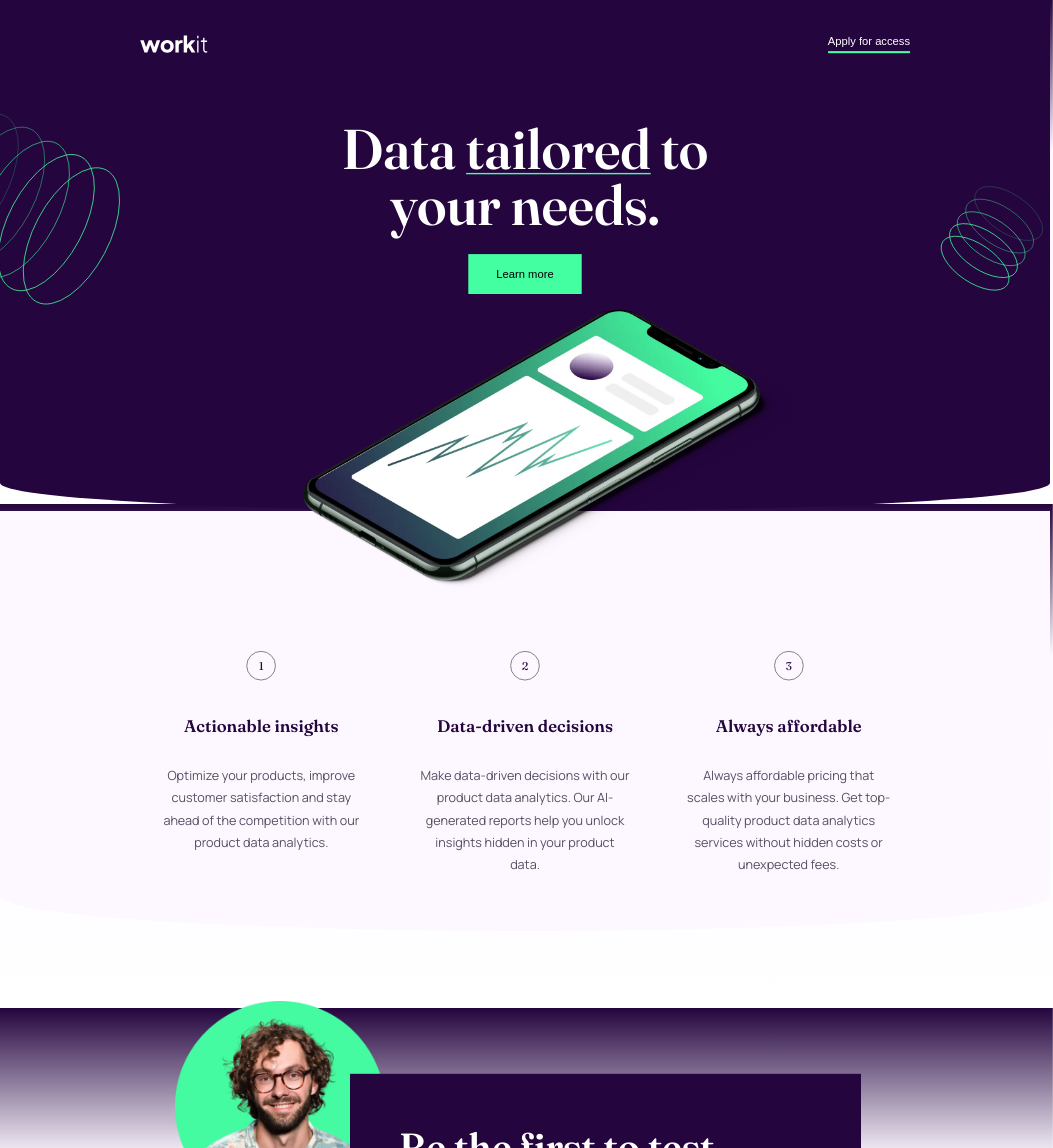
Repository: Arkitecth/landing_page
Page: starter-code/index.html
The author's editor kept a copy of each file at every save. The page is drawn from the files as they stood at one save, then again after the next save.
The browser window is 1280 px wide. The page is 1504 px wide, so the pictures cover 1504 px, including what lies to the right of the window. The pictures show the part of the page from y = 0 to 1640 px (the page is 2341 px tall), at 70% of full size.

Above is the page before, as saved 2023-05-19 18:46:44.

### starter-code/index.html
<!DOCTYPE html>
<html lang="en">
<head>
  <meta charset="UTF-8">
  <meta name="viewport" content="width=device-width, initial-scale=1.0">

  <link rel="icon" type="image/png" sizes="32x32" href="./assets/images/favicon-32x32.png">
  <link rel="stylesheet" href="styles.css">
  <title>Frontend Mentor | Workit landing page</title>
</head>
<body>
  <div class="overlay">
    <object class="bg-pattern-1" data="assets/images/bg-pattern-1.svg"></object>
    <object class="bg-pattern-2" data="assets/images/bg-pattern-2.svg"></object>
      <div class="container">
          <!-- Hero Section -->
        <header class="hero">
            <nav class="navbar">
                <object class="logo-light" data="assets/images/logo-light.svg"></object>
                <a class="secondary-default" href="#">Apply for access </a>
            </nav>
          <!-- Heading Section -->
          <section class="heading">
              <h1>Data <span class="underline">tailored</span> to <br> your needs.</h1>
              <a class="primary-default" href="#">Learn more</a>
              <object class="image-hero" data="assets/images/image-hero.webp" width="300" height="300"></object>
          </section>
        </header>
    </div>
    </div>


    <!-- Feature Section -->
    <main class="purple-overlay">
      <div class="grid-container container ">
        <div class="content">
          <p class="feature-num">1</p>

          <h2 class="feature-heading">Actionable insights </h2>

          <p class="feature-paragraph"> Optimize your products, improve customer satisfaction and stay ahead of the competition
          with our product data analytics. </p>

        </div>

        <div class="content">
          <p class="feature-num">2</p>

          <h2 class="feature-heading">Data-driven decisions</h2>

          <p class="feature-paragraph">Make data-driven decisions with our product data analytics. Our AI-generated reports help
            you unlock insights hidden in your product data.</p>
        </div>


        <div class="content">
          <p class="feature-num">3</p>

          <h2 class="feature-heading">Always affordable</h2>

          <p class="feature-paragraph">Always affordable pricing that scales with your business. Get top-quality product data
            analytics services without hidden costs or unexpected fees.</p>

        </div>
      </div>
    </main>



<!-- About Section -->

<div class="container spacing">
  <object class="image-founder" data="assets/images/image-founder.webp" width="300" height="300"></object>
    <div class="about">
      <div class="about-container">
        <h3> Be the first to test </h3>
        <p> Hi, I'm Louis Graham, the founder of the company. Book a demo call with me to become a
        beta tester for our app and kickstart your company. Apply for access below and I’ll be
        in touch to schedule a call. </p>

        <a class="primary-default" href="#"> Apply for access </a>

      </div>
      <object class="bg-pattern-3" data="assets/images/bg-pattern-3.svg"></object>

  </div>

</div>


<!-- Footeer -->
<footer>
  <object class="logo-dark" data="assets/images/logo-dark.svg"></object>
  <div class="icons">
    <object class="icon" data="assets/images/icon-facebook.svg"></object>
    <object class="icon" data="assets/images/icon-twitter.svg" ></object>
    <object class="icon" data="assets/images/icon-instagram.svg" ></object>
  </div>

</footer>


</body>
</html>

### starter-code/styles.css
@font-face {
    font-family: "Fraunces";
    src: url("/Users/trenttuedon/Desktop/workit-landing-page/starter-code/assets/fonts/fraunces/Fraunces-VariableFont_SOFT,WONK,opsz,wght.ttf");

}

@font-face {
    font-family: "Manrope";
    src: url("starter-code/assets/fonts/manrope/Manrope-VariableFont_wght.ttf");

}

* {
    margin: 0;
    padding: 0;
}

html,body {
    background: linear-gradient(180deg, rgba(36,5,62,1) 0%, rgba(252,248,255,1) 30%, rgba(255,255,255,1) 100%);
    width: 1100px;
    height: 100vh;
}


/* Showcase */
.container {
    max-width: 1100px;
    margin:  auto;
}

.overlay {
    width: 1500px;
    max-width: 1500px;
    height: 730px;
    background-color: #24053e;
    border-radius: 100% /0 0 80px 80px;
}
.navbar {
    color: #fff;
    display: flex;
    justify-content: space-between;
    position: relative;
    top: 50px;
}

.navbar a {
    text-decoration: none;
    color: #fff;
}

.secondary-default {
    font-family: sans-serif;
    border-bottom: 3px solid #44ffa1;
}

.secondary-default:hover {
    color: #44ffa1;
}

.bg-pattern-1 {
   position: absolute;
   left: -140px;
   top: 140px;
}

.bg-pattern-2 {
    position: absolute;
    left: 1330px;
    top: 250px;
 }

.heading {
    justify-content: center;
    width: 635px;
    height: 258px;
    margin: 0 auto;
    margin-top: 146px;
    text-align: center;
}

.heading h1 {
    font-family: Fraunces;
    color: #fff;
    font-weight: 600;
    line-height: 80px;
    margin-bottom: 40px;
    font-size: 80px;
}

.underline {
    text-decoration: underline;
    text-decoration-thickness: 2px;
    text-decoration-color: #44ffa1;
    text-underline-offset: 6px;
}

.primary-default {
    font-family: sans-serif;
    line-height: 40px;
    background-color: #44ffa1;
    border: 0;
    color: black;
    text-decoration: none;
    padding: 20px 40px;
}

.primary-default:hover {
    background-color: #24053e;
    color: #44ffa1;
    border: 1px solid #44ffa1;
}

.image-hero {
    display: block;
    margin-top: 30px;
    width: 700px;
    height: 400px;
}

/* Features */
.grid-container {
    display: grid;
    padding-top: 200px;
    grid-template-rows: 1fr 1fr;
    grid-template-columns: 1fr 1fr 1fr;
    font-family: "Fraunces";
    gap: 30px;
    text-align: center;
}


.feature-num {
    border: 1px solid #584d62;
    border-radius: 50%;
    width: 20px;
    height: 20px;
    padding: 10px;
    margin: auto;
    text-align: center;
    margin-bottom: 50px;
    color: #24053e;
}


.purple-overlay {
    background: #fdf8ff;
    border-radius: 0 0 50% 50% / 50px;
    width: 1500px;
    height: 600px;

}

.feature-heading {
    margin-bottom: 40px;
    font-weight: 600;
    color: #24053e;
}

.feature-paragraph {
    font-family: "Manrope";
    font-size: 18px;
    line-height: 32px;
    width: 300px;
    text-align: center;
    font-weight: 400;
    color: #584d62;
    margin: auto;

}


/* About Section */

.image-founder {
    margin-left: 250px;
}

.about{
    position: relative;
    color: #fff;
    background-color: #24053e;
    width: 730px;
    height: 413px;
    bottom: 200px;
    left: 400px;
    margin-left: 100px;
}

.about-container {
    text-align: left;
    padding: 70px;
}

.about-container h3 {
    font-family: "Fraunces";
    font-size: 56px;
    font-weight: 600;
    margin-bottom: 32px;
}

.about-container p {
    font-family: "Manrope";
    font-weight: 400;
    font-size: 18px;
    line-height: 32px;
    margin-bottom: 30px;
}

.about-container a {
    margin-top: 100px;
}

.bg-pattern-3 {
    position: relative;
    bottom: 120px;
    left: 400px;
}

/* Footer */

.spacing {
    margin-top: 100px;
}

footer {
    background-color: #fff;
    margin-left: 300px;
    text-align: center;
    padding-bottom: 100px;
}

.icons {
    margin-top: 40px;

}

.icon {
    padding: 0 20px 0 20px;
}


/* Media Queries */

@media (min-width: 768px) and (max-width: 1024px) {

    .body {
        background-color: black;
    }
    .bg-pattern-1 {
        left: -200px;
    }

    .bg-pattern-2 {
        left: 1330px;
        overflow: hidden;
    }
    .grid-container {
        display: grid;
        position: relative;
        grid-template-columns: none;
        grid-template-rows: repeat(3, 1fr);
        margin-top: 200px;
        padding: 20px;
        gap: 100px;
        text-align: left;
    }
    .feature-heading {
       text-align: left;
       margin-left: 300px;
       margin-bottom: 20px;
    }
    .feature-num {
        position: absolute;
        left: 250px;
        margin-top: 50px;

    }

    .feature-paragraph {
        text-align: left;
        width: 493px;
        height: 56px;
    }

}

@media (min-width: 320px) and (max-width: 480px) {

}

@media(max-height: 100%) {
    html,body {
        height: 100vh;
    }
}

### starter-code/assets/images/bg-pattern-1.svg
<svg xmlns="http://www.w3.org/2000/svg" width="341" height="317" viewBox="0 0 341 317"><g fill="none" fill-rule="evenodd" stroke="#44FFA1" transform="rotate(-152 159.204 128.626)"><ellipse cx="54" cy="107.125" rx="53.5" ry="106.5"/><ellipse cx="94.706" cy="107" rx="53.5" ry="106.5"/><ellipse cx="134.529" cy="107.344" opacity=".75" rx="52.5" ry="106.5"/><ellipse cx="175.705" cy="108.102" opacity=".5" rx="53.5" ry="106.5"/><ellipse cx="217.294" cy="107.508" opacity=".25" rx="52.5" ry="106.5"/></g></svg>

After the next save:
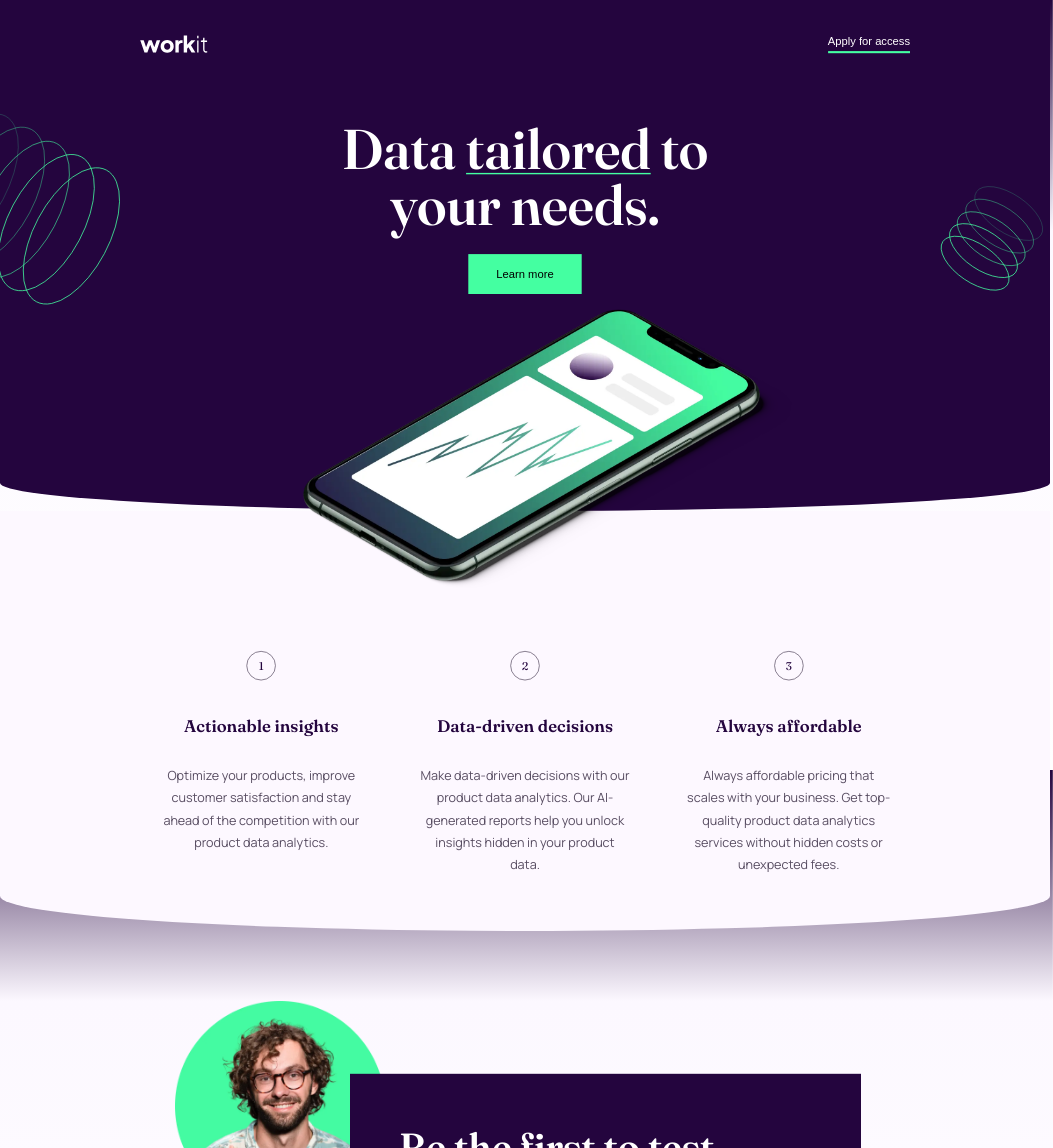
Saved 9 s later.
--- a/starter-code/styles.css
+++ b/starter-code/styles.css
@@ -18,7 +18,7 @@
 html,body {
     background: linear-gradient(180deg, rgba(36,5,62,1) 0%, rgba(252,248,255,1) 30%, rgba(255,255,255,1) 100%);
     width: 1100px;
-    height: 100vh;
+    height: 1100px;
 }
 
 

After the save that followed:
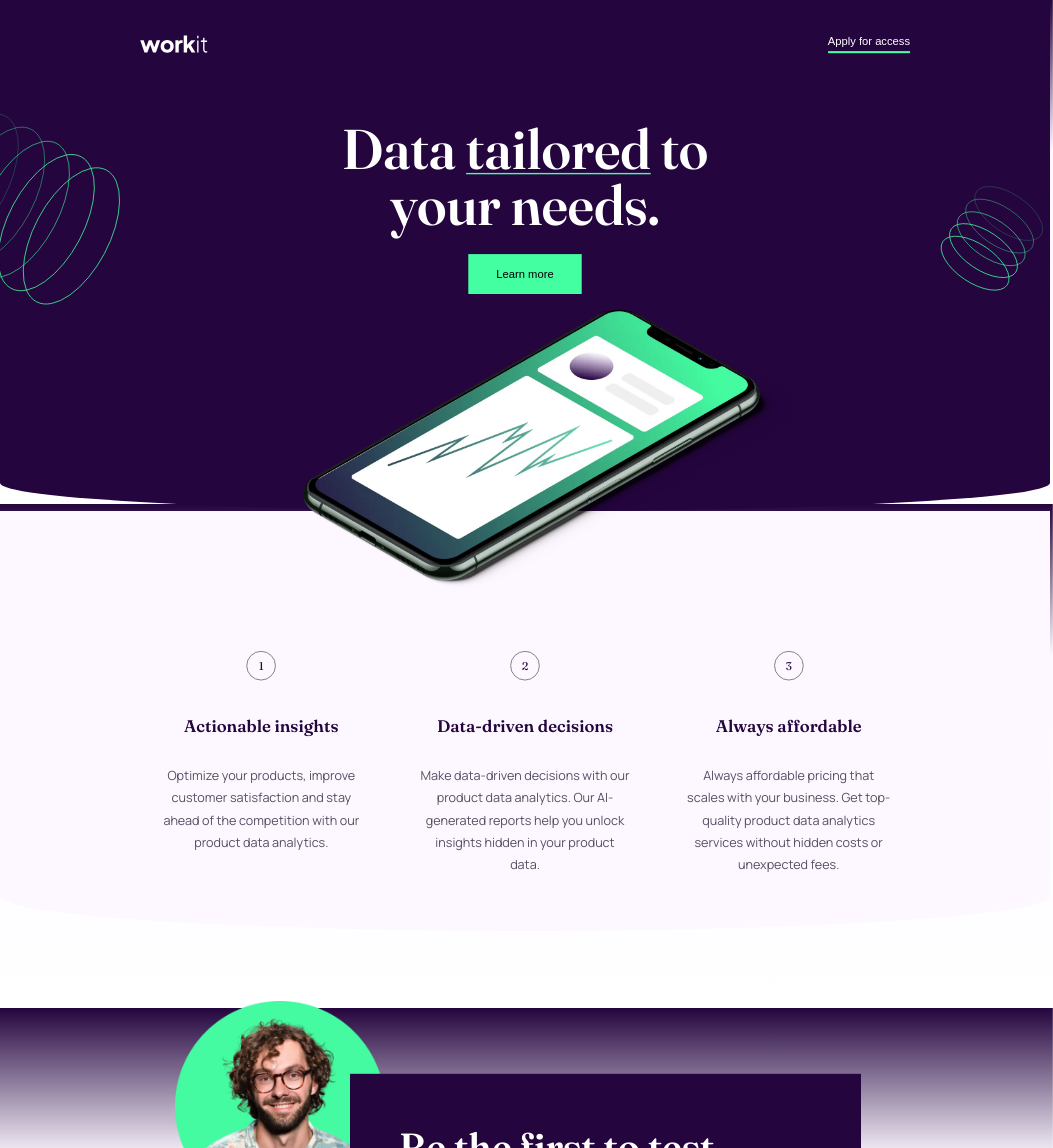
Saved 17 s later.
--- a/starter-code/styles.css
+++ b/starter-code/styles.css
@@ -18,7 +18,7 @@
 html,body {
     background: linear-gradient(180deg, rgba(36,5,62,1) 0%, rgba(252,248,255,1) 30%, rgba(255,255,255,1) 100%);
     width: 1100px;
-    height: 1100px;
+    max-height: 100vh;
 }
 
 
